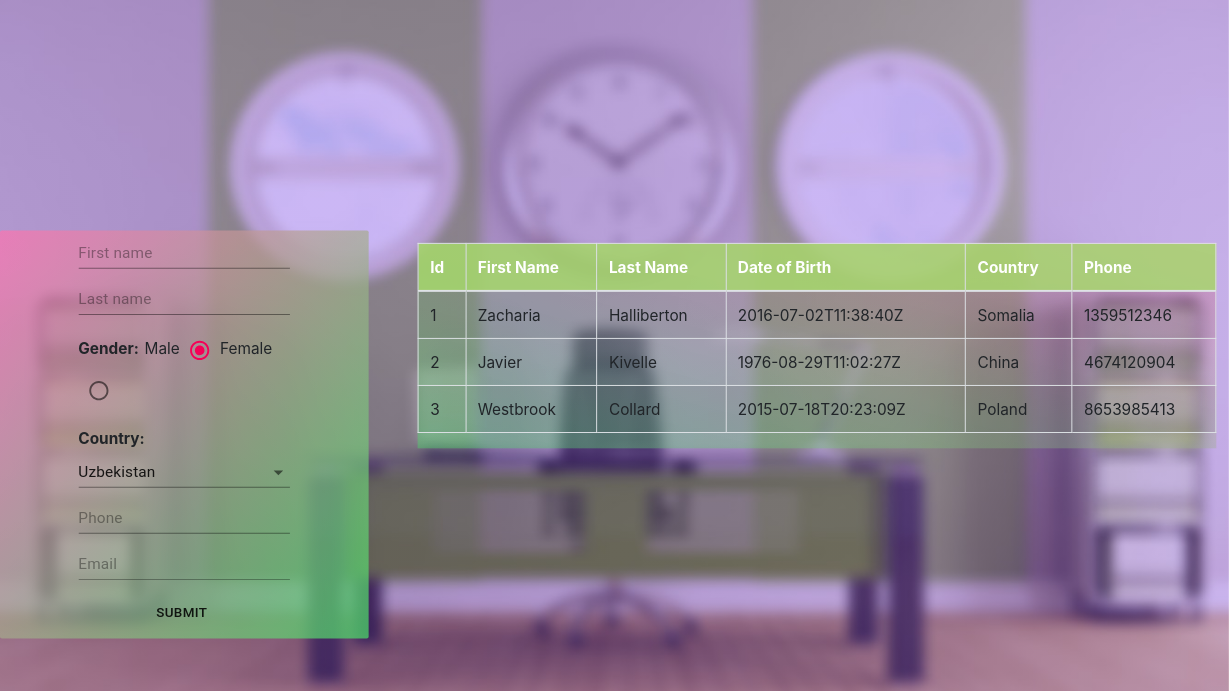
Repository: abrorsaidov/table-table
Page: /
The author's editor kept a copy of each file at every save. The page is drawn from the files as they stood at one save, then again after the next save.
The browser window is 1280 px wide. The pictures show the whole page, at 96% of full size.
Backgrounds fixed to the window are drawn as part of the page. The project was rebuilt for these pictures with package versions that can differ from the ones it lists, and the page was loaded fresh each time. Also part of the build but not shown: src/components/ComponentC.js.

Above is the page before, as saved 2020-12-05 01:14:52.

After the next save:
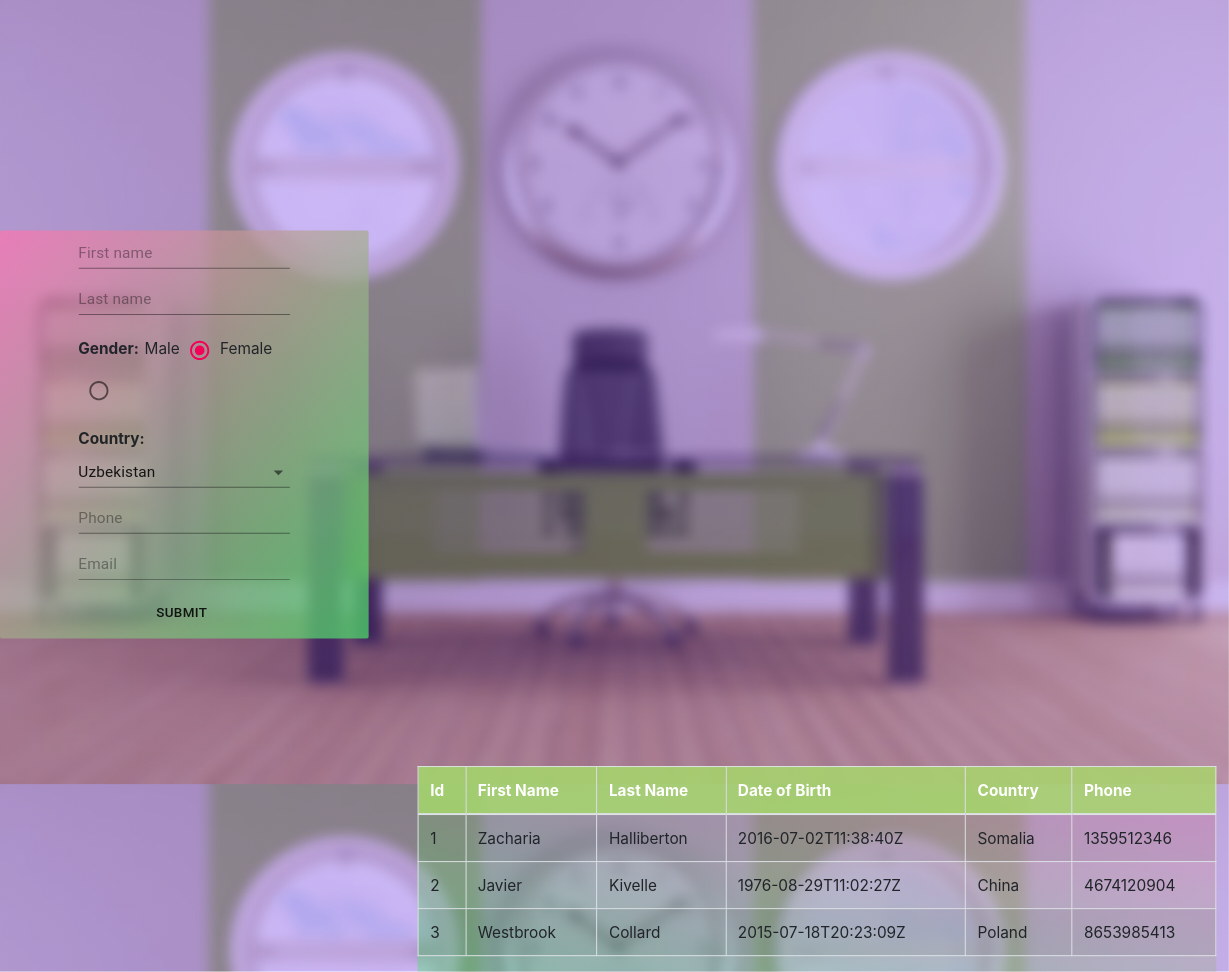
Saved 65 s later.
--- a/src/App.css
+++ b/src/App.css
@@ -82,7 +82,7 @@ option {
   );
   position: absolute;
   width: 65%;
-  top: 50%;
+  margin-top: 15em;
   transform: translateY(-50%);
   right: 1%;
   /* justify-content: center;
